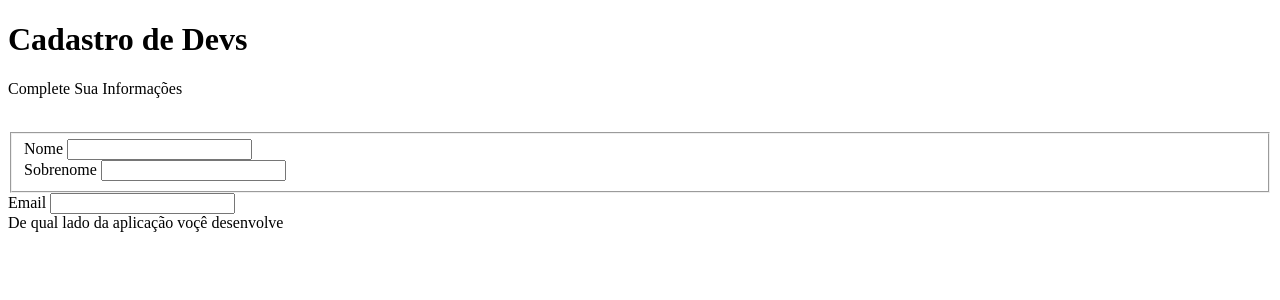
Repository: 2020francesco/formulario
Page: formulario.html
The author's editor kept a copy of each file at every save. The page is drawn from the files as they stood at one save, then again after a run of saves.
The browser window is 1280 px wide. The pictures show the whole page.

Above is the page before, as saved 2021-04-20 10:59:25.

After the next 8 saves:
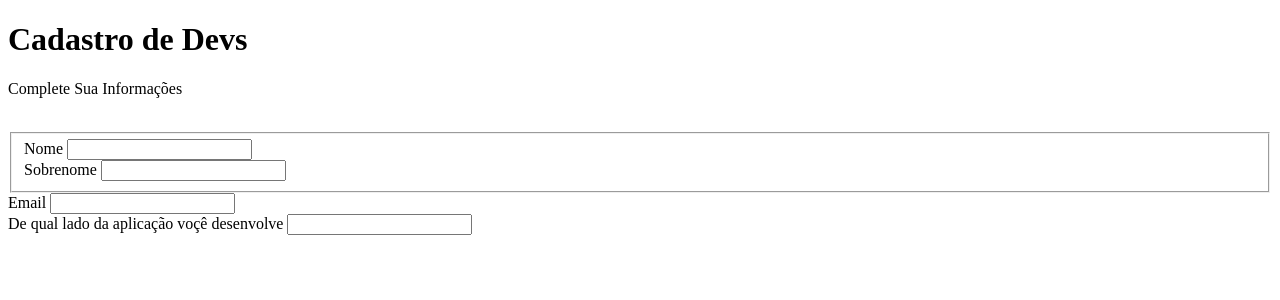
The 8 saves are shown as one change because they came seconds apart.
The last was saved 47 s later.
--- a/formulario.html
+++ b/formulario.html
@@ -34,6 +34,7 @@
 
       <div>
         <label>De qual lado da aplicação voçê desenvolve</label>
+        <input type="text" name=""
       </div>
     </form>
 

After the 2 saves that followed:
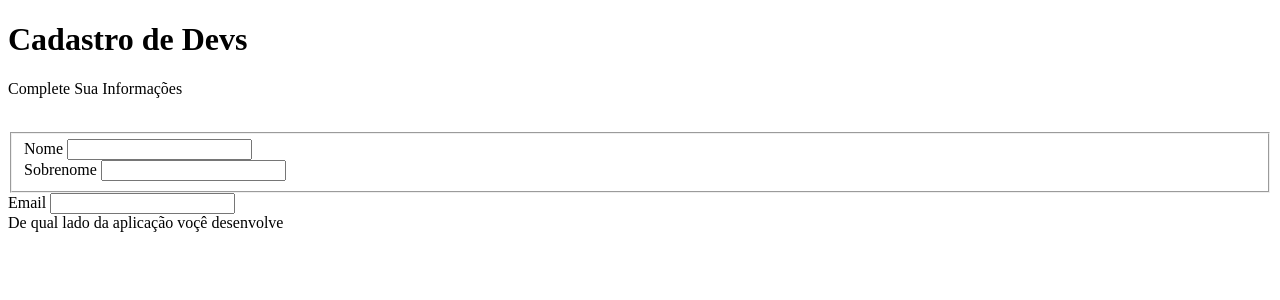
The 2 saves are shown as one change because they came seconds apart.
The last was saved 15 s later.
--- a/formulario.html
+++ b/formulario.html
@@ -34,7 +34,7 @@
 
       <div>
         <label>De qual lado da aplicação voçê desenvolve</label>
-        <input type="text" name=""
+
       </div>
     </form>
 
